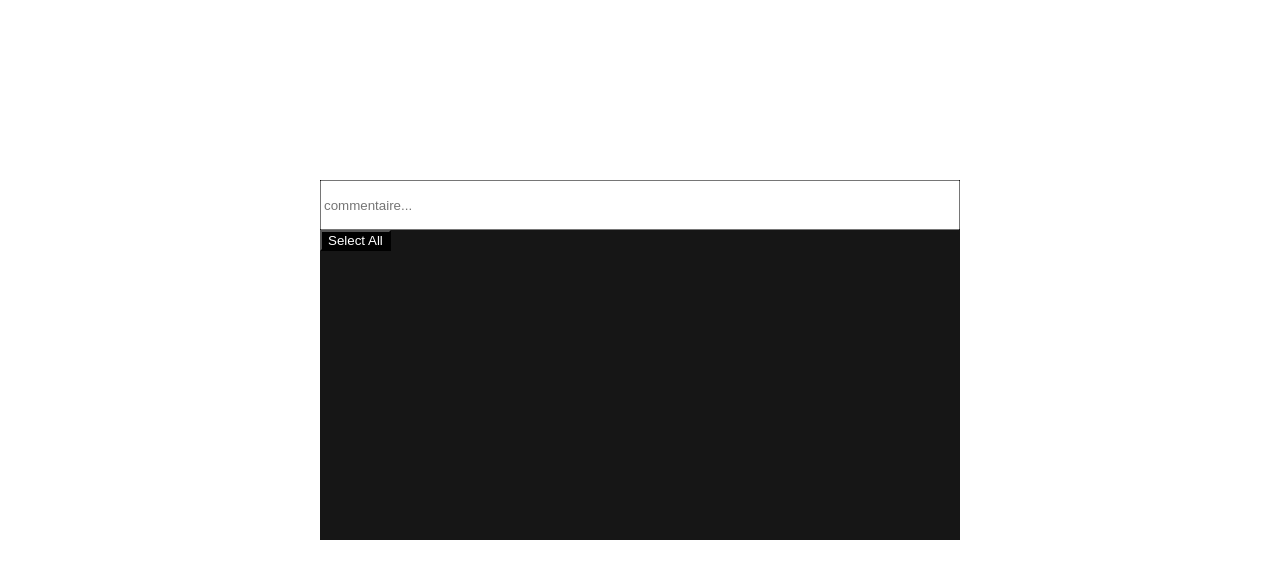
Repository: lucasiscovici/mc
Page: TwisterV2/WebContent/templates/commentaire.html
These files come from the project's save history. The page is drawn as it stood at one moment and after the next save; the edit follows.
The browser window is 1280 px wide. The pictures show the whole page.

Above is the page before, as saved 2017-04-16 16:19:31.

### TwisterV2/WebContent/templates/commentaire.html
<div id="listCommentaire" class="hidden modale" style="position:fixed;width:50vw;height: 50vh;top:25%;left:25%;background-color: #161616;z-index: 27777;" data-index="-1">

	<div>
		<input type="text" class="hidden" name="newCommentaire" id="newCommentaire" style="width: 100%; height: 50px;" placeholder="commentaire..." />
		<button style="margin-right: 30px;background-color:black;color:white; " class="btn btn-primary" type="button" id="cl" onclick="editor2.selectAll()">Select All</button>
	</div>
</div>



 <style>
	.hh{
		height:90vh !important;
	}
	#editor{
		z-index: 999;
		height: 150px;
	}
	#form_post{
		z-index: 999;
	}
	.langageSelect {
		margin-left: 30px;
		background-color: #3B5999;
		color: #ffffff;
		height: 35px;
	}
	.inputTitle {
		border: 0;
		color: #000000;
		left: 50%;
		width: 100%;
		text-align: center;
		height: 30px;
		vertical-align: middle;
		background-color: white;
	}
</style>

After the next save:
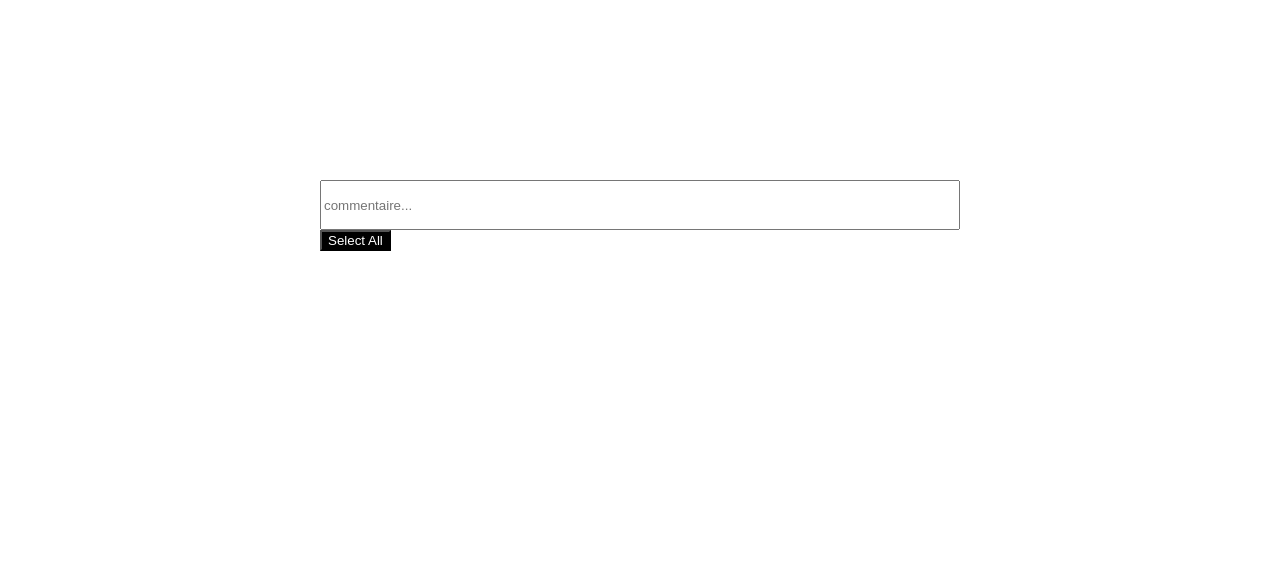
Saved 7 s later.
--- a/TwisterV2/WebContent/templates/commentaire.html
+++ b/TwisterV2/WebContent/templates/commentaire.html
@@ -1,4 +1,4 @@
-<div id="listCommentaire" class="hidden modale" style="position:fixed;width:50vw;height: 50vh;top:25%;left:25%;background-color: #161616;z-index: 27777;" data-index="-1">
+<div id="listCommentaire" class="hidden modale" style="position:fixed;width:50vw;height: 50vh;top:25%;left:25%;background-color: #FFFFFF;z-index: 27777;" data-index="-1">
 
 	<div>
 		<input type="text" class="hidden" name="newCommentaire" id="newCommentaire" style="width: 100%; height: 50px;" placeholder="commentaire..." />
